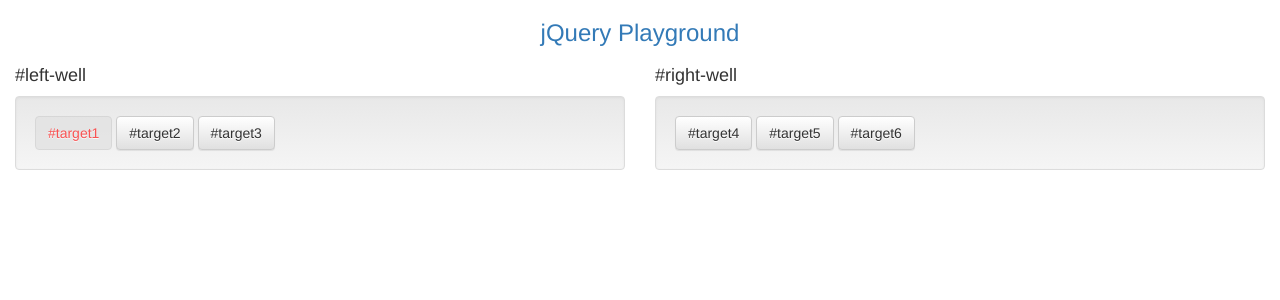
Repository: glgeorgiou/100-days-of-code-projects
Page: Front End Libraries Certification/2.Introduction to jQuery/10.change-text-inside-an-element.html
These files come from the project's save history. The page is drawn as it stood at one moment and after the next save; the edit follows.
The browser window is 1280 px wide. The pictures show the whole page.

Above is the page before, as saved 2019-05-22 13:24:49.

After the next save:
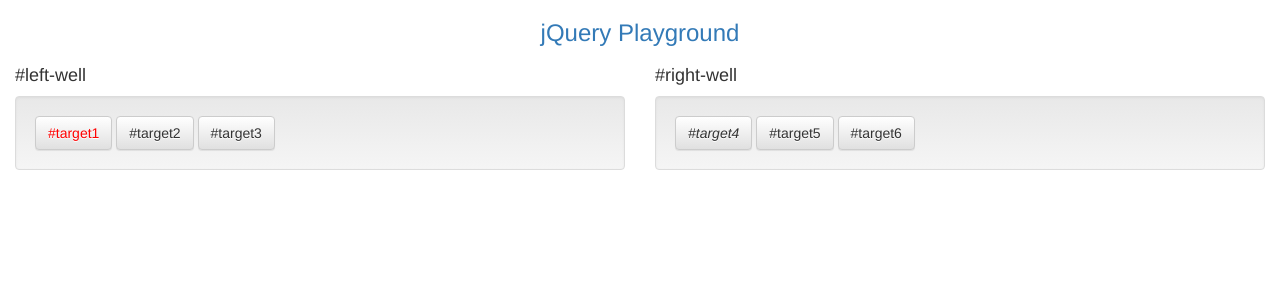
Saved 22 min 8 s later.
--- a/Front End Libraries Certification/2.Introduction to jQuery/10.change-text-inside-an-element.html
+++ b/Front End Libraries Certification/2.Introduction to jQuery/10.change-text-inside-an-element.html
@@ -16,11 +16,11 @@
 </head>
 
 <body>
-    <!-- https://api.jquery.com/prop/ -->
+    <!-- https://api.jquery.com/html/ -->
     <script>
         $(document).ready(function() {
           $("#target1").css("color","red");
-          $("#target1").prop("disabled",true); //Chagne the 'disabled' property
+          $("#target4").html("<em>#target4</em>"); //Empasized text
         });
     </script>
   <!-- Only change code above this line. -->
